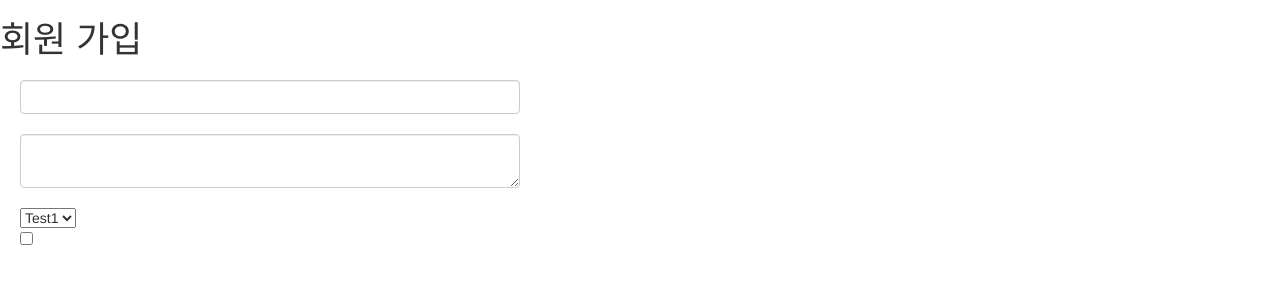
Repository: park-nahyun/BootstrapStudy
Page: BootstrapWork/WebContent/BootEx03.html
An editor plug-in stored every save of this project. The page is shown before and after the next save, followed by the edit.
The browser window is 1280 px wide. The pictures show the whole page.

Above is the page before, as saved 2021-07-01 03:48:31.

### BootstrapWork/WebContent/BootEx03.html
<!DOCTYPE html>
<html>
<head>
<meta charset="UTF-8">
<title>BootEx03.html</title>

<link rel="stylesheet" href="css/bootstrap.css">
<script type="text/javascript" src="http://code.jquery.com/jquery.min.js"></script>
<script type="text/javascript" src="js/bootstrap.min.js"></script>

</head>
<body>

<h1>회원 가입</h1>

<form action="" style="width:500px; margin:20px;">

	<input type="text" class="form-control">
	<br>

	<textarea rows="" cols="" class="form-control"></textarea>
	<br>

	<select class="">
		<option>Test1</option>
		<option>Test2</option>
		<option>Test3</option>
		<option>Test4</option>
	</select>

	<br>

	<input type="checkbox">
	<br>

</form>
</body>
</html>

Loaded but not shown: BootstrapWork/WebContent/css/bootstrap.css (library); BootstrapWork/WebContent/js/bootstrap.min.js (library)

After the next save:
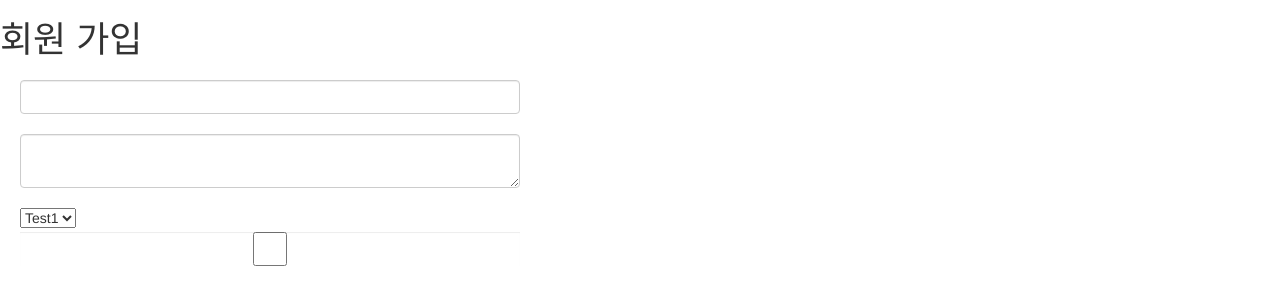
Saved 21 s later.
--- a/BootstrapWork/WebContent/BootEx03.html
+++ b/BootstrapWork/WebContent/BootEx03.html
@@ -21,7 +21,7 @@
 	<textarea rows="" cols="" class="form-control"></textarea>
 	<br>
 
-	<select class="">
+	<select class=""  class="form-control">
 		<option>Test1</option>
 		<option>Test2</option>
 		<option>Test3</option>
@@ -30,7 +30,7 @@
 
 	<br>
 
-	<input type="checkbox">
+	<input type="checkbox"  class="form-control">
 	<br>
 
 </form>
